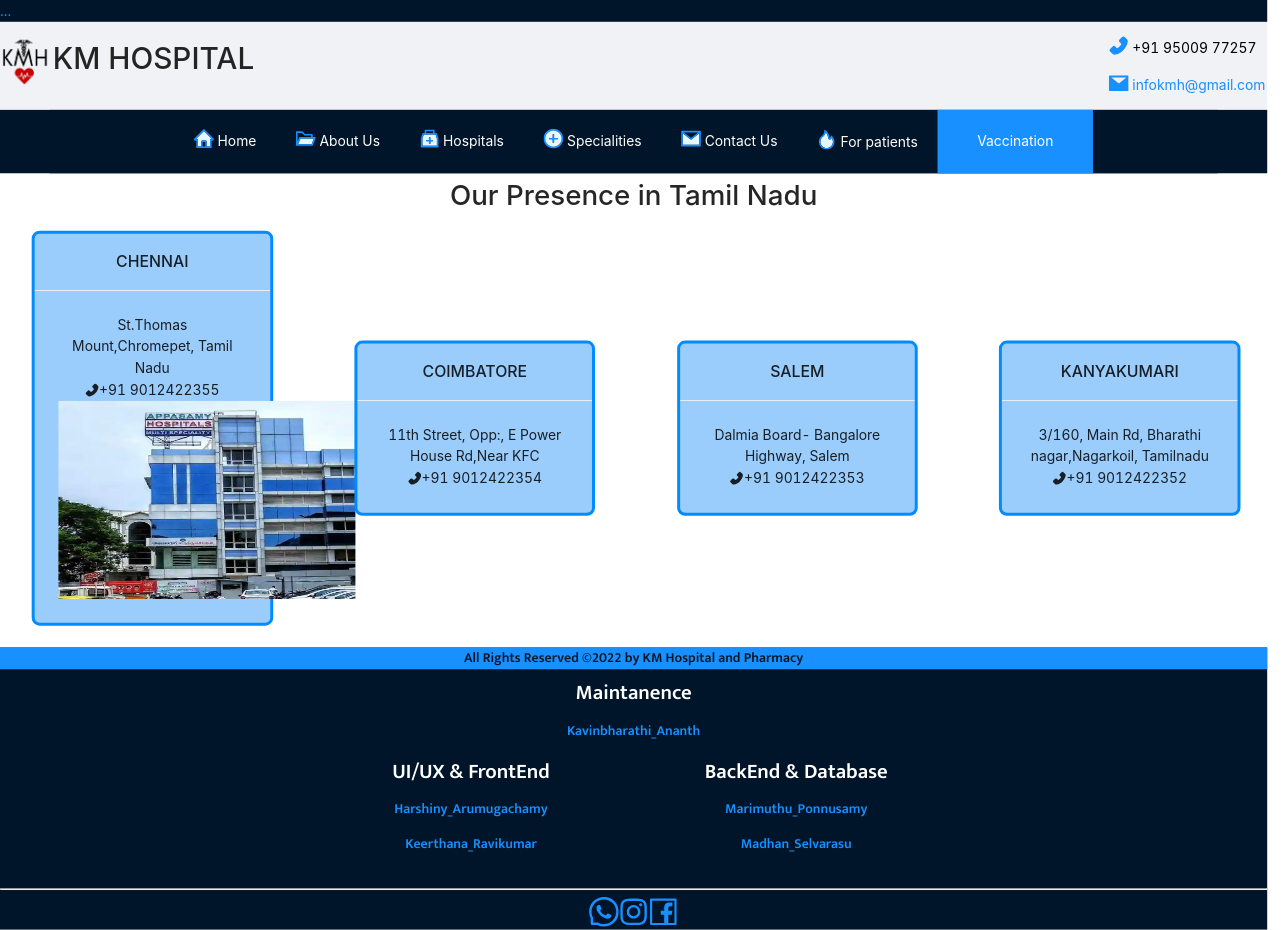
Repository: marimuthu1001/KHM-hospital
Page: /hospitals (app in km-hospital/)
An editor plug-in stored every save of this project. The page is shown before and after the next save, followed by the edit.
The browser window is 1280 px wide. The page is 1297 px wide, so the pictures cover 1297 px, including what lies to the right of the window. The pictures show the whole page, at 99% of full size.
The project was rebuilt for these pictures with package versions that can differ from the ones it lists, and the page was loaded fresh each time. Also part of the build but not shown: km-hospital/src/firebase.js, km-hospital/src/Pages/Home.jsx, km-hospital/src/Pages/ContactUs.jsx, km-hospital/src/Pages/AboutUS.jsx, km-hospital/src/Styles/Specialities.module.css, km-hospital/src/Pages/Specialities.jsx, km-hospital/src/Pages/For Patients/Bmi_Calculator.jsx, km-hospital/src/Styles/Appointment.module.css and 3 more.

Above is the page before, as saved 2022-01-27 15:18:06.

### km-hospital/public/index.html
<!DOCTYPE html>
<html lang="en">
  <head>
    <meta charset="utf-8" />
    <link rel="icon" href="%PUBLIC_URL%/favicon.ico" />
    <meta name="viewport" content="width=device-width, initial-scale=1" />
    <meta name="theme-color" content="#000000" />
    <meta
      name="description"
      content="Web site created using create-react-app"
    />
    <link rel="apple-touch-icon" href="%PUBLIC_URL%/logo192.png" />
    <!--
      manifest.json provides metadata used when your web app is installed on a
      user's mobile device or desktop. See https://developers.google.com/web/fundamentals/web-app-manifest/
    -->
    <link rel="manifest" href="%PUBLIC_URL%/manifest.json" />
    <!--
      Notice the use of %PUBLIC_URL% in the tags above.
      It will be replaced with the URL of the `public` folder during the build.
      Only files inside the `public` folder can be referenced from the HTML.

      Unlike "/favicon.ico" or "favicon.ico", "%PUBLIC_URL%/favicon.ico" will
      work correctly both with client-side routing and a non-root public URL.
      Learn how to configure a non-root public URL by running `npm run build`.
    -->
    <title>KM HOSPITAL | HOME</title>
  </head>
  <body>
    <noscript>You need to enable JavaScript to run this app.</noscript>
    <div id="root"></div>
    <!--
      This HTML file is a template.
      If you open it directly in the browser, you will see an empty page.

      You can add webfonts, meta tags, or analytics to this file.
      The build step will place the bundled scripts into the <body> tag.

      To begin the development, run `npm start` or `yarn start`.
      To create a production bundle, use `npm run build` or `yarn build`.
    -->
  </body>
</html>

### km-hospital/src/index.js
import React from 'react';
import ReactDOM from 'react-dom';
import 'antd/dist/antd.min.css'
import './index.css'
import App from './App';


ReactDOM.render(
  <React.StrictMode>
    <App />
  </React.StrictMode>,
  document.getElementById('root')
);

### km-hospital/src/index.css
@import '~antd/dist/antd.css';

.ant-menu:not(.ant-menu-horizontal) .ant-menu-item-selected {
	background: transparent;
}

.ant-menu{
    background: red;
    }

### km-hospital/src/App.js
import Nav from  './components/Nav'
import Footer from './components/Footer'
import Home from './Pages/Home'
import ContactUs from './Pages/ContactUs'
import AboutUs from './Pages/AboutUS'
import Specialities from './Pages/Specialities'
import BmiCalculator from './Pages/For Patients/Bmi_Calculator'
import Appointment from './Pages/For Patients/BookAppointment'
import Hospitals from './Pages/Hospitals'
import {BrowserRouter as Router, Route,Routes} from 'react-router-dom'

import Feedback from './Pages/Feedback'

function App() {
  return (
    <Router>
        <div className="App">
          <Nav/>
          <Routes>
            <Route exact path="/" element={<Home/>}/>
            <Route exact path="/contactus" element={<ContactUs/>}/>
            <Route exact path="/aboutus" element={<AboutUs/>}/>
            <Route exact path="/specialities" element={<Specialities/>}/>
            <Route exact path="/bmicalculator" element={<BmiCalculator/>}/>
            <Route exact path="/bookappointment" element={<Appointment/>}/>
            <Route exact path="/hospitals" element={<Hospitals/>}/>
            <Route exact path="/feedback" element={<Feedback/>}/>
          </Routes>

          <Footer/>
        </div>
    </Router>

  );
}

export default App;

### km-hospital/src/components/Nav.jsx
import React from 'react'

import Styles from '../Styles/Nav.module.css'
import { Layout, Menu, Dropdown,Row,Col } from 'antd';
import Logo from '../Images/Logo.png'

import {HomeTwoTone,
    FolderOpenTwoTone,
    MedicineBoxTwoTone,
    PlusCircleTwoTone,
    FireTwoTone ,
    MailTwoTone,
    PhoneFilled,
    MailFilled,

    } from '@ant-design/icons'

function Nav() {
  const menu = (
    <Menu>

            <Menu.Item key="1">Covid Dose</Menu.Item>
            <Menu.Item key="2">Covid Booster</Menu.Item>
            <Menu.Item key="3">Polio Vaccine</Menu.Item>
            <Menu.Item key="4">Chicken pox Vaccine</Menu.Item>
      </Menu>
  )
const patients = (
  <Menu>
         <a href="bmicalculator"> <Menu.Item key="1">Health Checkup Package</Menu.Item></a>
         <a href="bmicalculator"><Menu.Item key="2">Medicines</Menu.Item></a>
          <a href="bmicalculator"><Menu.Item key="3">Symptoms</Menu.Item></a>
          <a href="/bookappointment"> <Menu.Item key="4">Book an Appointment</Menu.Item></a>
          <a href="bmicalculator"><Menu.Item key="5">BMI Calculator</Menu.Item></a>

    </Menu>

  )

  const { Header} = Layout;
    return (

      <Layout>
        <p className={Styles.line}>...</p>
        <div className={Styles.head} >
            <Row gutters={[16,16]}>
              <Col md={{span:2}} lg={{span:1}}>
              <div className="logo">
              <img src={Logo} alt="Logo" widht={50} height={50}/>
            </div>
              </Col>
              <Col md={{span:6}} lg={{span:4}}>
              <h1>KM HOSPITAL</h1>
              </Col>
              <Col md={{span:8}} lg={{span:16}}></Col>
              <Col md={{span:5}} lg={{span:3}}>
              <div className={Styles.contactHead}>
                <p style={{color:'black'}}><PhoneFilled  style= {{ fontSize: '20px',color: '#1890ff'  }} />&nbsp;+91 95009 77257</p>
                <p><a href="mailto:infokmh@gmail.com"><MailFilled style= {{ fontSize: '20px',color: '#1890ff'  }} />&nbsp;infokmh@gmail.com</a></p>
               </div>
              </Col>
            </Row>
        </div>



      <Header className="header">
      <div className="menubar">
        <Menu style={{
            position: 'relative',
            display: 'flex',
            justifyContent: 'center',

        }} theme="dark" mode="horizontal" defaultSelectedKeys={['1']}>
     <a href="/">
          <Menu.Item key="7"><HomeTwoTone style={{fontSize:20}}/>&nbsp;Home</Menu.Item>
     </a>
     <a href="/aboutus">
          <Menu.Item key="2"><FolderOpenTwoTone style={{fontSize:20}}/>&nbsp;About Us</Menu.Item>
     </a>
     <a href="/hospitals">
          <Menu.Item key="3"><MedicineBoxTwoTone style={{fontSize:20}}/>&nbsp;Hospitals</Menu.Item>
     </a>
     <a href="/specialities">
          <Menu.Item key="4"><PlusCircleTwoTone style={{fontSize:20}}/>&nbsp;Specialities</Menu.Item>
     </a>
     <a href="/contactus">
          <Menu.Item  key="6"> <MailTwoTone style={{fontSize:20}}/>&nbsp;Contact Us</Menu.Item>
     </a>
          <Dropdown  overlay={patients} placement="topCenter">
              <Menu.Item key="5"><FireTwoTone style={{fontSize:20}}/>&nbsp;For patients</Menu.Item>
          </Dropdown>

          <Menu.Item key="1">
          <Dropdown  overlay={menu} placement="topCenter">
                    <Menu.Item>Vaccination</Menu.Item>
          </Dropdown>
          </Menu.Item>


        </Menu>  </div>
      </Header>


        </Layout>


    )
}

export default Nav

### km-hospital/src/components/Footer.jsx
import React from 'react'
import Styles from '../Styles/Footer.module.css'
import { Row, Col } from 'antd';
import {WhatsAppOutlined,
    InstagramOutlined,
    FacebookOutlined} from '@ant-design/icons'
function Footer() {
    return (
        <div  >
            <div className={Styles.footer}>


                <div className={Styles.footerContent}>
                    <div sm={1}  md={6} lg={8}  className={Styles.footerTitle}>
                        <h4>All Rights Reserved &copy;2022 by KM Hospital and Pharmacy</h4>
                    </div>


                <div className={Styles.maintain}>
                    <h2>Maintanence</h2>
                    <p>Kavinbharathi_Ananth</p>
                </div>

                <Row className={Styles.design} gutter={[34, 18]}>
                <Col xs={24} md={6}/>
                    <Col xs={24} md={6}>
                        <div>
                            <h2 className={Styles.headDecoration}>UI/UX & FrontEnd</h2>
                            <div className={Styles.decoration}>
                                <p>Harshiny_Arumugachamy</p>
                                <p>Keerthana_Ravikumar</p>
                            </div>
                        </div>
                    </Col>
                    <Col xs={24} md={6}>
                        <div>
                        <h2 className={Styles.headDecoration}>BackEnd & Database</h2>
                            <div className={Styles.decoration}>
                                <p>Marimuthu_Ponnusamy</p>
                                <p>Madhan_Selvarasu</p>
                            </div>
                        </div>
                    </Col>
                    <Col xs={24} md={6}/>
                        <Col sm={{ span: 5, offset: 0 }} md={{ span: 5, offset: 0 }} lg={{ span: 6, offset:0  }}> </Col>
                </Row>


<hr/>


                <Row  className={Styles.social}>
                    <Col sm={{span:2}} md={{span:8}} lg={{span:8}}><WhatsAppOutlined style={{fontSize: '30px' }} /></Col>
                    <Col sm={{span:2}} md={{span:8}} lg={{span:8}}><InstagramOutlined style={{fontSize: '30px' }} /></Col>
                    <Col sm={{span:2}} md={{span:8}} lg={{span:8}}><FacebookOutlined style={{fontSize: '30px' }} /></Col>
                </Row>
            </div>
        </div>
        </div>
    )
}

export default Footer

### km-hospital/src/Pages/Hospitals.jsx
import React from 'react';
import { Card, Col, Row  } from 'antd';
import Styles from '../Styles/ContactUs.module.css'
import {PhoneFilled} from '@ant-design/icons'
import Img1 from '../Images/Hospitals/hsptl (16).jpeg'
function Hospitals() {
  return (<div>
      <h1 style={{textAlign:"Center"}}>Our Presence in Tamil Nadu</h1>
            <div className="site-card-wrapper">
                    <Row className={Styles.locations} justify="space-around" align="middle" gutter={28}>
                        {/* <Col sm={{span:2}} md={{span:5}}  lg={{span:4}}></Col> */}
                        <Col  sm={{span:1}} md={{span:5}}  lg={{span:5}} >
                            <Card className={Styles.card} title="CHENNAI" bordered={true} hoverable={true}>
                            St.Thomas Mount,Chromepet, Tamil Nadu <br/> <PhoneFilled />+91 9012422355
                            <img src={Img1} alt="Hospital"  width={300} height={200}/>
                            </Card>
                        </Col>
                        <Col sm={{span:1}} md={{span:5}} lg={{span:5}} >
                            <Card  className={Styles.card} title="COIMBATORE" bordered={true} hoverable={true}>
                           11th Street, Opp:, E Power House Rd,Near KFC <br/> <PhoneFilled />+91 9012422354
                            </Card>
                        </Col>
                        <Col sm={{span:1}} md={{span:5}} lg={{span:5}}>
                            <Card className={Styles.card} title="SALEM" bordered={true} hoverable={true}>
                           Dalmia Board- Bangalore Highway, Salem  <br/> <PhoneFilled />+91 9012422353
                            </Card>
                        </Col>
                        <Col sm={{span:1}} md={{span:5}} lg={{span:5}}>
                            <Card className={Styles.card} title="KANYAKUMARI" bordered={true} hoverable={true}>
                             3/160, Main Rd, Bharathi nagar,Nagarkoil, Tamilnadu  <br/> <PhoneFilled />+91 9012422352
                            </Card>
                        </Col>
                        {/* <Col sm={{span:3}} md={{span:5}}  lg={{span:4}}></Col> */}
                    </Row>
              <br/>
                </div>
  </div>);
}

export default Hospitals;

### km-hospital/src/Styles/Nav.module.css
*{
    margin-top:0px;
}
.line{
    background-color:#001529;
    color:#1890ff;
}
.head h1{
    font-size: 30px;
}
.menubar .Menu.item{
    margin-left:20%;
}
a{
    text-decoration: none;
}
a:hover{
    background-color:#1890ff;
}

### km-hospital/src/Styles/Footer.module.css
@import url('https://fonts.googleapis.com/css2?family=Mukta:wght@600&display=swap');
.footer{
    background-color:#001529;
    font-family: 'Mukta', sans-serif;
    color:#1890ff;
    position:relative;
    text-align:center
}
.footer h2{
    color:#ffffff
}
.footer .footerTitle{
    color:rgb(255, 255, 255);
    background-color:#1890ff
}
.footer .social{
    text-align:center;
    display:inline-flex;
}
.social li{
    list-style-type: none;
}
.decoration{
    list-style-type:none;
    text-align:center
}
.headDecoration{
    text-align:center
}

### km-hospital/src/Styles/Home.module.css
@import url('https://fonts.googleapis.com/css2?family=Josefin+Sans:wght@700&display=swap');
.card{
    background-color:#1890ff;
    height:120px;
    border: 1px solid #001529;
    border-radius:14px;
}
.title{
    font-family: 'Josefin Sans', sans-serif;
}

### km-hospital/src/Styles/ContactUs.module.css
.title{
    text-align:center;
}
.card{
    border:3px solid #008cff;
    border-radius:8px;
    text-align: center;
    background-color:#9bcdfc;
}
.card:hover{
    border:3px solid #1890ff;
    box-shadow: 8px 8px 8px #9bcdfc ;
}
.locations{

    padding-left:5px;
}
.btn{
    width:28%;
}
.form{
    border-radius:20px;
    border:1px solid #000;
    box-shadow:5px 5px 5px rgb(0, 0, 0);
    padding-top:20px;
}

### km-hospital/src/Styles/bmiCalc.module.css
@import url('https://fonts.googleapis.com/css2?family=Poppins:wght@400&display=swap');

.aboutContent{
    margin:0 10%;
    text-align: center;
    font-family: 'Poppins', sans-serif;
    font-weight:block;
}
 .bmiFormula{

    border:1px solid #5465ff
}

After the next save:
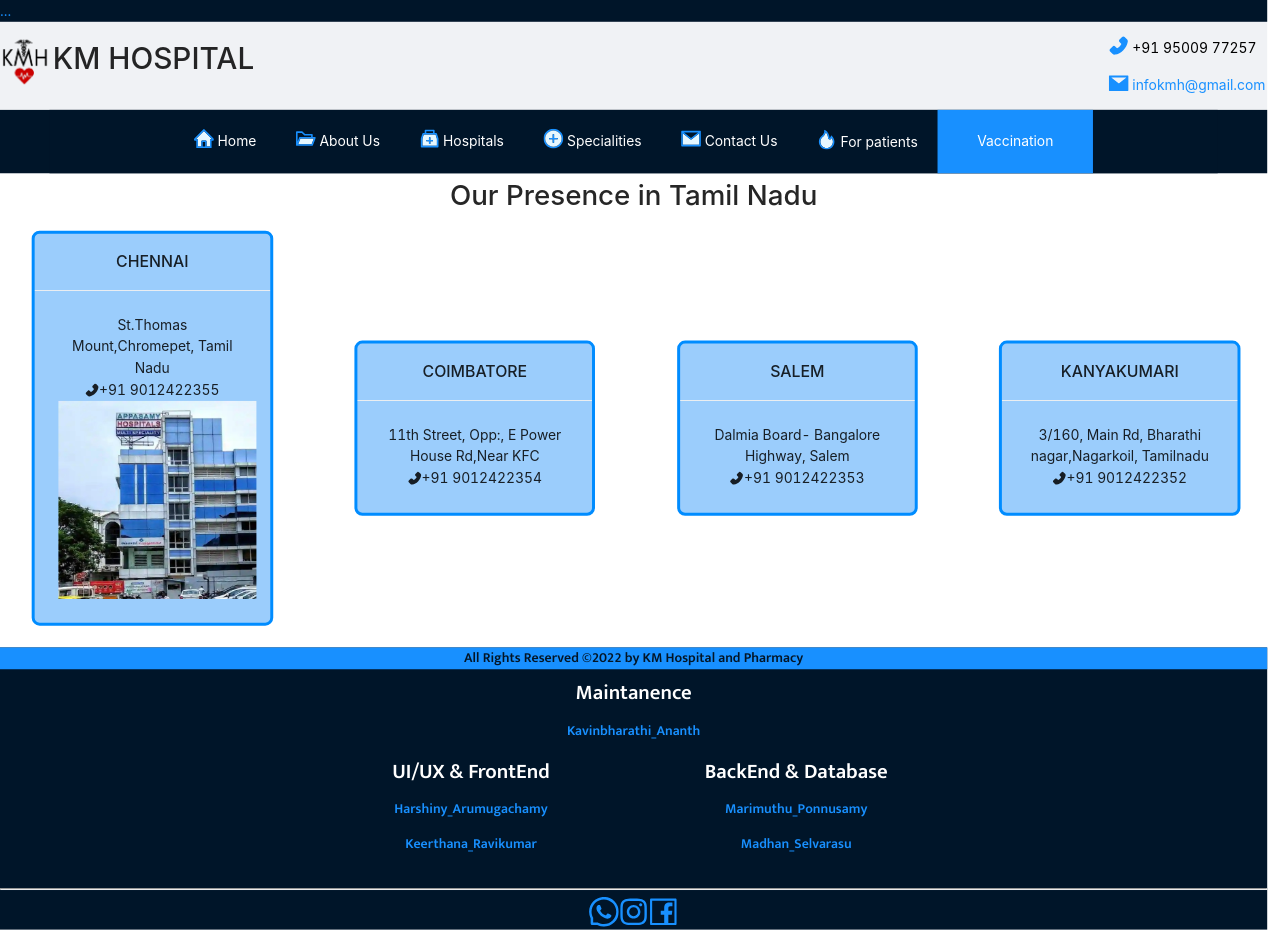
Saved 5 s later.
--- a/km-hospital/src/Pages/Hospitals.jsx
+++ b/km-hospital/src/Pages/Hospitals.jsx
@@ -12,7 +12,7 @@ function Hospitals() {
                         <Col  sm={{span:1}} md={{span:5}}  lg={{span:5}} >
                             <Card className={Styles.card} title="CHENNAI" bordered={true} hoverable={true}>
                             St.Thomas Mount,Chromepet, Tamil Nadu <br/> <PhoneFilled />+91 9012422355
-                            <img src={Img1} alt="Hospital"  width={300} height={200}/>
+                            <img src={Img1} alt="Hospital"  width={200} height={200}/>
                             </Card>
                         </Col>
                         <Col sm={{span:1}} md={{span:5}} lg={{span:5}} >
